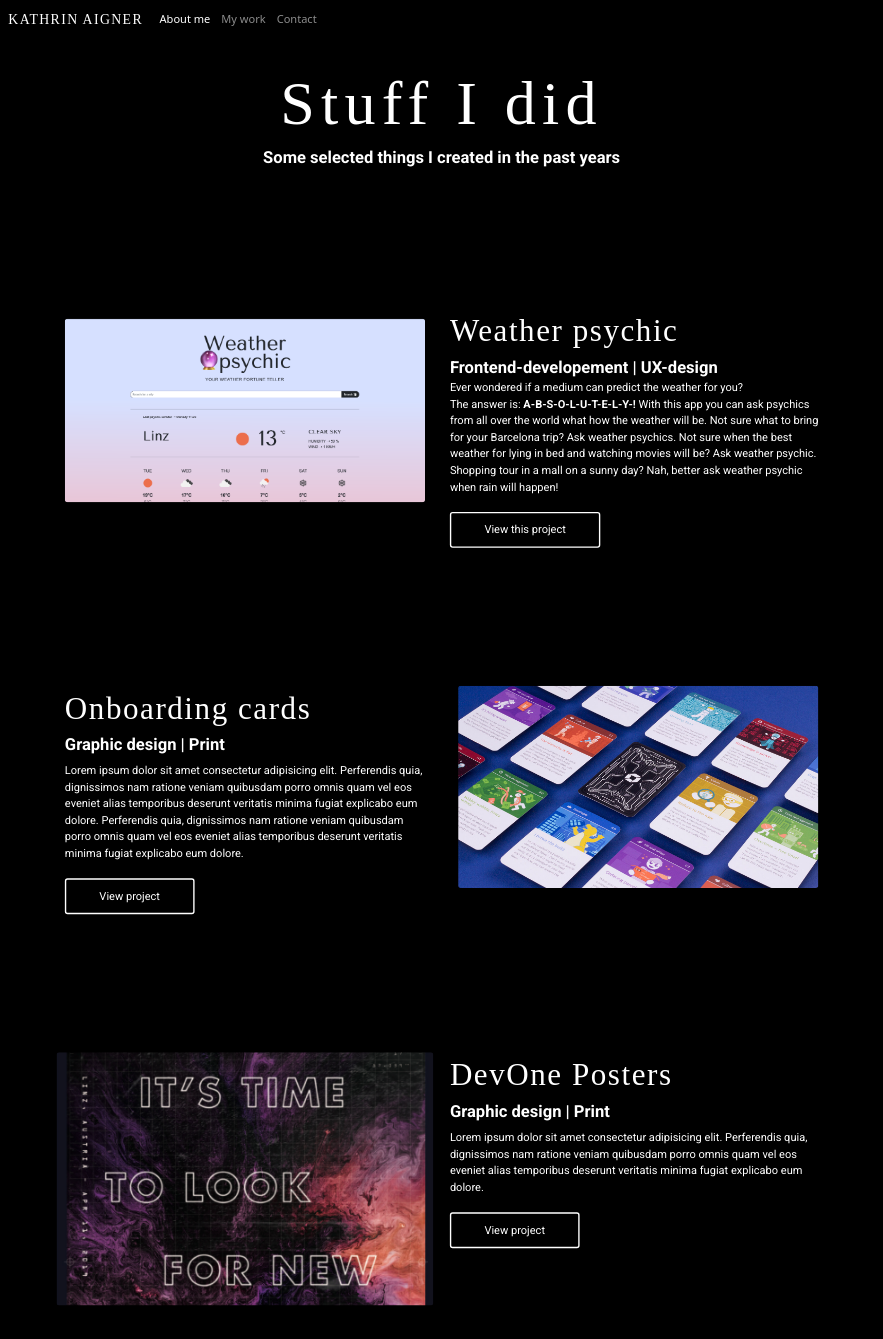
Repository: kathrin-aigner/Portfolio-2022
Page: work.html
An editor plug-in stored every save of this project. The page is shown before and after the next save, followed by the edit.
The browser window is 1280 px wide. The pictures show the whole page, at 69% of full size.
Some web fonts or font styles are not loaded; a fallback is used. Some web libraries are served in a nearby version.

Above is the page before, as saved 2022-03-28 15:00:56.

### work.html
<!DOCTYPE html>
<html lang="en">
  <head>
    <meta charset="UTF-8" />
    <meta http-equiv="X-UA-Compatible" content="IE=edge" />
    <meta name="viewport" content="width=device-width, initial-scale=1.0" />
    <link
      href="https://cdn.jsdelivr.net/npm/bootstrap@5.1.3/dist/css/bootstrap.min.css"
      rel="stylesheet"
      integrity="sha384-1BmE4kWBq78iYhFldvKuhfTAU6auU8tT94WrHftjDbrCEXSU1oBoqyl2QvZ6jIW3"
      crossorigin="anonymous"
    />
    <script
      src="https://cdn.jsdelivr.net/npm/bootstrap@5.1.3/dist/js/bootstrap.bundle.min.js"
      integrity="sha384-ka7Sk0Gln4gmtz2MlQnikT1wXgYsOg+OMhuP+IlRH9sENBO0LRn5q+8nbTov4+1p"
      crossorigin="anonymous"
    ></script>
    <link rel="preconnect" href="https://fonts.googleapis.com" />
    <link rel="preconnect" href="https://fonts.gstatic.com" crossorigin />
    <link
      href="https://fonts.googleapis.com/css2?family=Dela+Gothic+One&family=Roboto:wght@400;500;700&display=swap"
      rel="stylesheet"
    />
    <script
      src="https://kit.fontawesome.com/9a62a34935.js"
      crossorigin="anonymous"
    ></script>

    <link rel="stylesheet" href="/css/styles.css" />
    <title>Welcome to my portfolio – Kathrin Aigner</title>
  </head>
  <body>
    <nav class="navbar navbar-expand-lg navbar-dark text-end">
      <div class="container-fluid">
        <a class="navbar-brand text-uppercase" href="/index.html">Kathrin Aigner</a>
        <button
          class="navbar-toggler"
          type="button"
          data-bs-toggle="collapse"
          data-bs-target="#navbarSupportedContent"
          aria-controls="navbarSupportedContent"
          aria-expanded="false"
          aria-label="Toggle navigation"
        >
          <span class="navbar-toggler-icon"></span>
        </button>
        <div class="collapse navbar-collapse" id="navbarSupportedContent">
          <ul class="navbar-nav me-auto mb-2 mb-lg-0">
            <li class="nav-item">
              <a
                class="nav-link active"
                aria-current="page"
                href="/about.html"
                title="more information about me"
                >About me</a
              >
            </li>
            <li class="nav-item">
              <a class="nav-link" href="/work.html" title="View my work here"
                >My work</a
              >
            </li>
            <li class="nav-item">
              <a class="nav-link" href="/contact.html" title="how to contact me"
                >Contact</a
              >
            </li>
          </ul>
        </div>
      </div>
    </nav>
    <div class="container mb-5">
      <div class="header-page text-center mb-3 mt-5">
  Stuff I did
      </div>
      <div class="introduction text-center">
        Some selected things I created in the past years
      </div>
    </div>
    <div class="container">

      <div class="row mb-5">
        <div class="col-md-6 mt-3 gx-5">
          <img
            src="/images/wheater psychic.png"
            class="img-fluid rounded"
            alt="picture showing a preview of the weather homepage"
          />
        </div>
        <div class="col-md-6">
          <div class="project-header">Weather psychic</div>
          <div class="introduction"> Frontend-developement | UX-design</div>
          <p class="page-section">
            Ever wondered if a medium can predict the weather for you? </br>The
            answer is: <strong>A-B-S-O-L-U-T-E-L-Y-!</strong> With this app you
            can ask psychics from all over the world what how the weather will be.
            Not sure what to bring for your Barcelona trip? Ask weather psychics.
            Not sure when the best weather for lying in bed and watching movies
            will be? Ask weather psychic. Shopping tour in a mall on a sunny
            day? Nah, better ask weather psychic when rain will happen!
          </p>

            <a href="https://reverent-aryabhata-468bf7.netlify.app/" target="_blank" class="btn btn-primary mt-2"> View this project </a>

        </div>
      </div>
      <div class="row mb-5">
        <div class="col-md-6 gx-5">
          <div class="project-header">Onboarding cards</div>
          <div class="introduction mb-2"> Graphic design | Print </div>
          <p class="page-section text-right">
            Lorem ipsum dolor sit amet consectetur adipisicing elit. Perferendis
            quia, dignissimos nam ratione veniam quibusdam porro omnis quam vel
            eos eveniet alias temporibus deserunt veritatis minima fugiat
            explicabo eum dolore. Perferendis
            quia, dignissimos nam ratione veniam quibusdam porro omnis quam vel
            eos eveniet alias temporibus deserunt veritatis minima fugiat
            explicabo eum dolore.
          </p>

           <div class="btn btn-primary mt-2"> View project</div>

        </div>
        <div class="col-md-6 gx-5">
          <img
            src="/images/onboarding-cards.jpg"
            class="img-fluid rounded"
            alt="picture showing card game"
          />
        </div>
      </div>
      <div class="row mb-5">
        <div class="col-md-6">
          <img
            src="/images/devOne.png"
            class="img-fluid rounded"
            alt="picture showing a preview of the website about yoghurt"
          />
        </div>
        <div class="col-sm-6">
          <div class="project-header">DevOne Posters</div>
          <div class="introduction mb-2">
          Graphic design | Print
          </div>
          <p class="page-section">
            Lorem ipsum dolor sit amet consectetur adipisicing elit. Perferendis
            quia, dignissimos nam ratione veniam quibusdam porro omnis quam vel
            eos eveniet alias temporibus deserunt veritatis minima fugiat
            explicabo eum dolore.
          </p>

            <div class="btn btn-primary mt-2"> View project</div>

        </div>
      </div>
    </div>
    <footer>

    </footer>
  </body>
</html>

### css/styles.css
:root {
  --primary-color: white;
  --secondary-color: black;
  --heading-font-family: "Dela Gothic One", cursive;
  --default-font-family: "Roboto", sans-serif;
}

body {
  background-color: var(--secondary-color);
}

.herosection {
  text-align: center;
  padding: 180px 0;
}
.header {
  line-height: 1em;
  font-family: var(--heading-font-family);
  font-size: 200px;
  color: var(--primary-color);
}
.subheader {
  font-size: 32px;
  font-weight: 700;
  color: var(--primary-color);
  font-family: var(--default-font-family);
}
.header-page {
  line-height: 1em;
  letter-spacing: 0.1em;
  font-size: 90px;
  color: var(--primary-color);
  font-family: var(--heading-font-family);
}
.project-header {
  font-size: 45px;
  color: var(--primary-color);
  font-family: var(--heading-font-family);
  letter-spacing: 0.05em;
}
.page-section {
  font-size: 16px;
  color: var(--primary-color);
  font-family: var(--default-font-family);
}

.introduction {
  font-weight: 600;
  font-size: 24px;

  color: var(--primary-color);
  font-family: var(--default-font-family);
}
.navbar-brand {
  font-family: var(--heading-font-family);

  letter-spacing: 0.1em;
}

.btn-primary {
  font-family: var(--default-font-family);
  border: 2px solid var(--primary-color);
  background: var(--secondary-color);
  padding: 12px 48px;
}

.btn btn-primary:hover {
  color: var(--secondary-color);
  font-family: var(--default-font-family);
  border: 2px solid var(--primary-color);
  background: var(--primary-color);
}

.project-preview {
  max-width: 500px;
}

a.email {
  text-decoration: none;
  color: var(--primary-color);
}

.email:hover {
  text-decoration: underline;
  color: var(--primary-color);
}
.row {
  margin-top: 200px;
}

After the next save:
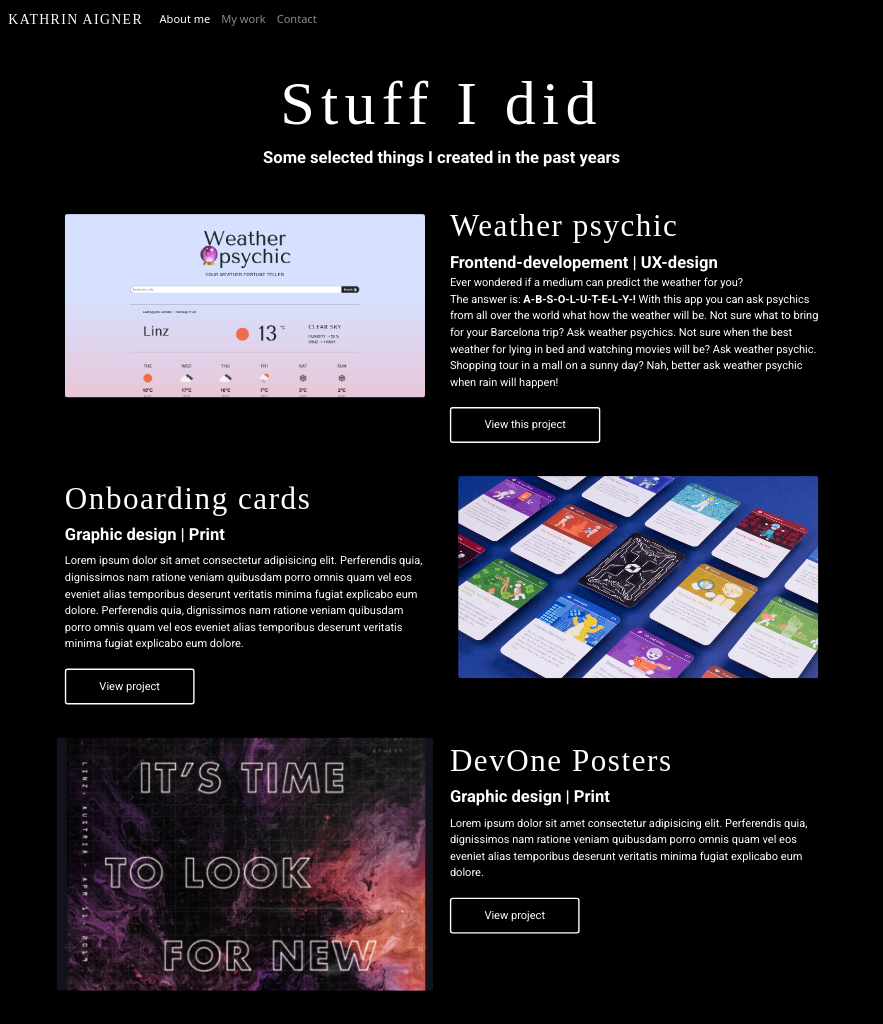
Saved 32 s later.
--- a/css/styles.css
+++ b/css/styles.css
@@ -84,6 +84,3 @@
   text-decoration: underline;
   color: var(--primary-color);
 }
-.row {
-  margin-top: 200px;
-}
